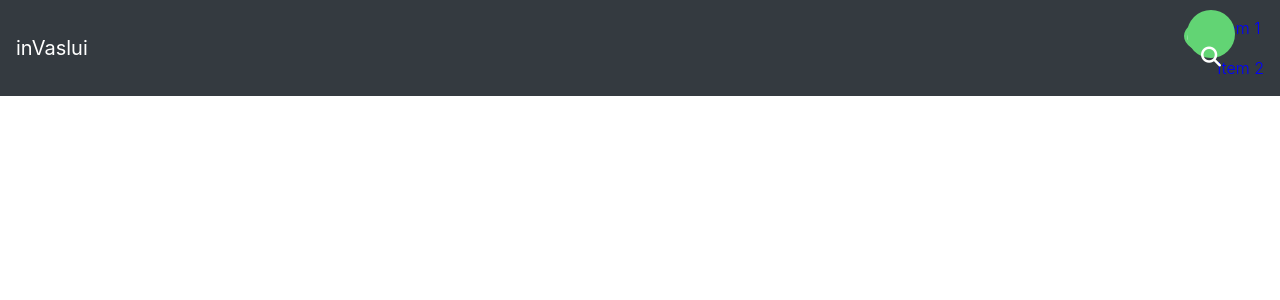
Repository: nicolasolo/in-vaslui
Page: index.html
An editor plug-in stored every save of this project. The page is shown before and after the next save, followed by the edit.
The browser window is 1280 px wide. The pictures show the whole page.
Some web libraries are served in a nearby version.

Above is the page before, as saved 2020-03-29 21:16:02.

After the next save:
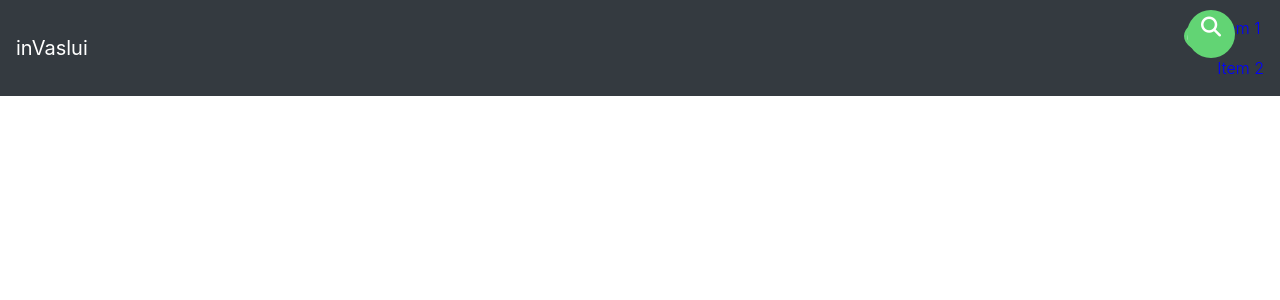
Saved 7 s later.
--- a/css/vaslui.css
+++ b/css/vaslui.css
@@ -50,7 +50,7 @@ a.navbar-brand{
     top: 10px;
     cursor: pointer;
     text-align: center;
-    line-height: 80px;
+    line-height: 8px;
     font-size: 20px;
     color: #fff;
     transition: all 0.8s ease;
